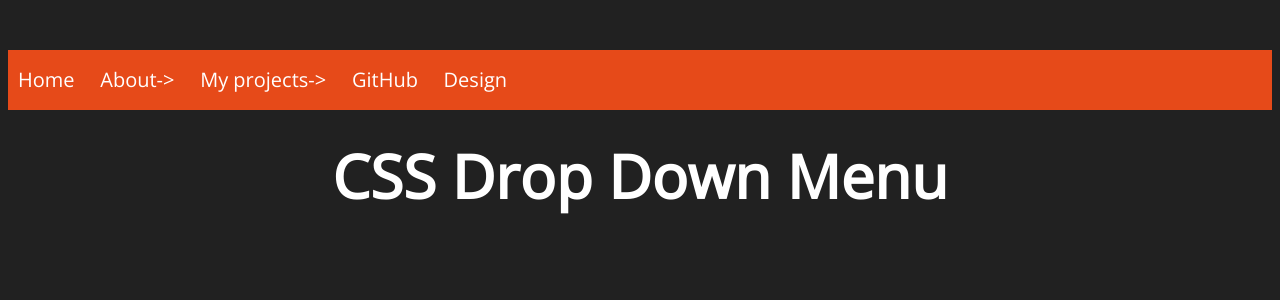
Repository: alikahwaji/HTML-CSS-workshop
Page: index.html
These files come from the project's save history. The page is drawn as it stood at one moment and after the next save; the edit follows.
The browser window is 1280 px wide. The pictures show the whole page.

Above is the page before, as saved 2019-10-29 12:42:59.

### index.html
<!DOCTYPE html>
<!--[if lt IE 7]>      <html class="no-js lt-ie9 lt-ie8 lt-ie7"> <![endif]-->
<!--[if IE 7]>         <html class="no-js lt-ie9 lt-ie8"> <![endif]-->
<!--[if IE 8]>         <html class="no-js lt-ie9"> <![endif]-->
<!--[if gt IE 8]><!--> <html class="no-js"> <!--<![endif]-->
    <head>
        <meta charset="utf-8">
        <meta http-equiv="X-UA-Compatible" content="IE=edge">
        <title></title>
        <meta name="description" content="">
        <meta name="viewport" content="width=device-width, initial-scale=1">
        <link rel="stylesheet" href="index.css">
    </head>
    <body>
        <div id="container">
            <nav>
                <ul>
                    <li><a href="#">Home</a></li>
                    <li><a href="#">About</a>
                        <!-- About dropdown list  -->
                        <ul>
                            <li><a href="#">More about us</a></li>
                            <li><a href="#">Contact</a></li>
                            <li><a href="#">Location</a></li>
                        </ul>
                    </li>
                    <li><a href="#">My projects</a>
                        <!-- My projects dropdown list -->
                        <ul>
                                <li><a href="#">More about us</a></li>
                                <li><a href="#">Contact</a></li>
                                <li><a href="#">Location</a>
                                    <ul>
                                            <li><a href="#">WEB503</a></li>
                                            <li><a href="#">WEB502</a></li>
                                            <li><a href="#">WEB601</a>
                                    </ul>
                                </li>
                        </ul>
                    </li>
                    <li><a href="#">GitHub</a></li>
                    <li><a href="#">Design</a></li>
                </ul>
            </nav>
            <h1>CSS Drop Down Menu</h1>
        </div>
    </body>
</html>

### index.css
@import url(https://fonts.googleapis.com/css?family=Open+Sans);
@import url(https://fonts.googleapis.com/css?family=Bree+Serif);

body{
    background: #212121;
    font-size: 22px;
    line-height: 32px;
    color: #ffffff;
    word-wrap: break-word !important;
    font-family: "Open Sans", sans-serif;
}

h1 {
    font-size: 60px;
    text-align: center;
    color: #fff;
}

a {
    color: #fff;
}

#container{
    margin: 0 auto;
}

nav {
    margin: 50px 0;
    background-color: #e64a19;
}

nav ul {
    padding: 0;
    margin: 0;
    list-style: none;
    position: relative;
}

nav ul li {
    display: inline-block;
    background-color: #e64a19;
}

nav a {
    display: block;
    padding: 0 10px;
    color: #fff;
    font-size: 20px;
    line-height: 60px;
    text-decoration: none;
}

nav a:hover{
    background-color: #000000;
}

nav ul ul {
    display: none;
    position: absolute;
    top: 60px;
}

nav ul li:hover > ul{
    display: inherit;
}

nav ul ul li {
    width: 170px;
    float: none;
    display: list-item;
    position: relative;
}

nav ul ul ul li {
    position: relative;
    top: -60px;
    left: 170px;
}

li > a:after {
    content: "->";
}

li > a:only-child:after {
    content: "";
}

After the next save:
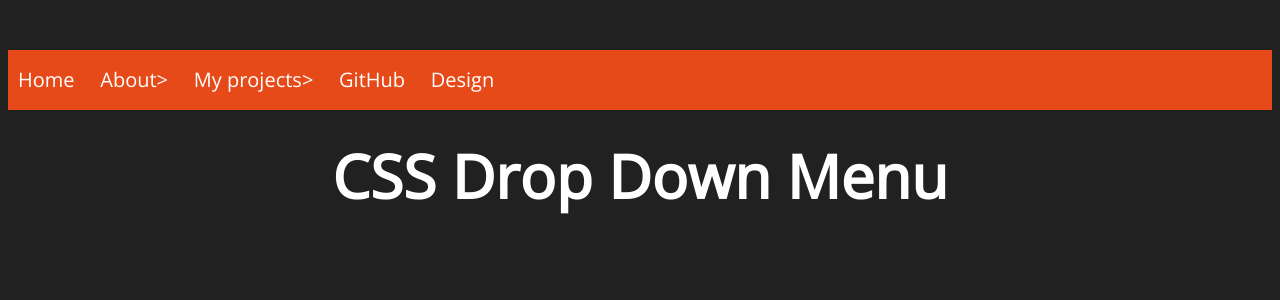
Saved 13 s later.
--- a/index.css
+++ b/index.css
@@ -78,7 +78,7 @@ nav ul ul ul li {
 }
 
 li > a:after {
-    content: "->";
+    content: ">";
 }
 
 li > a:only-child:after {
